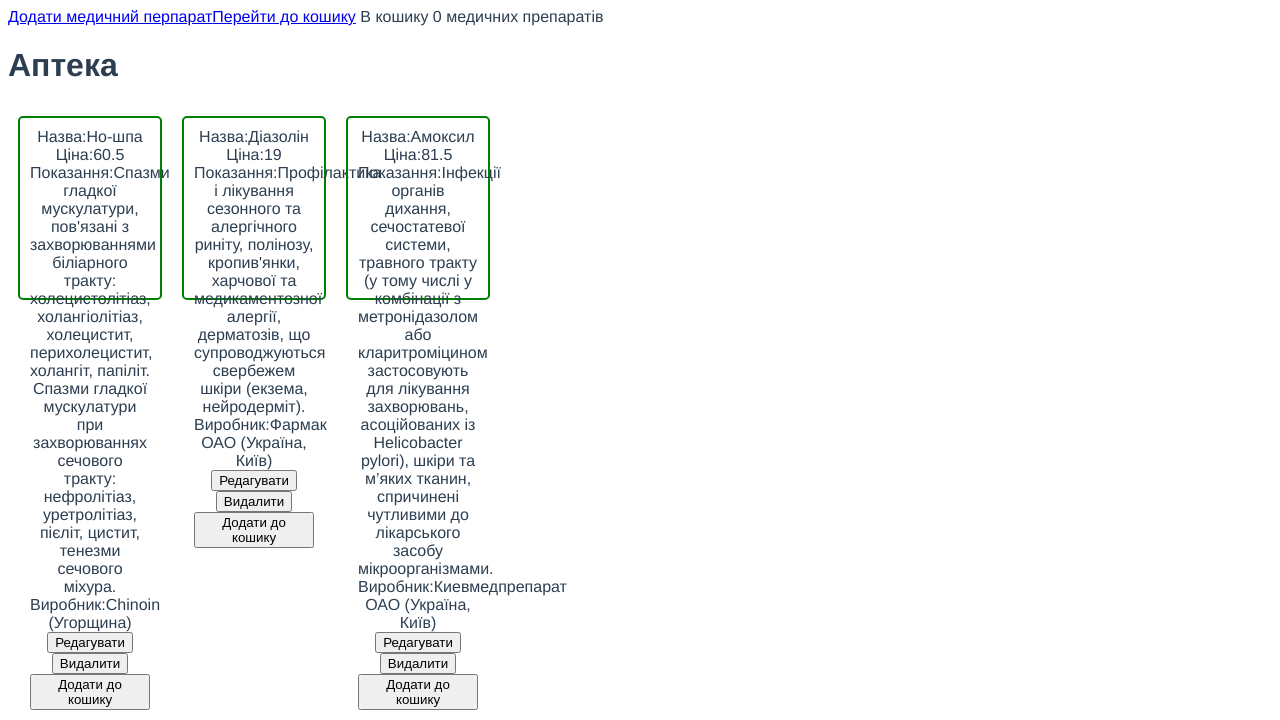
Repository: kristinap8/pharmacy
Page: /
These files come from the project's save history. The page is drawn as it stood at one moment and after a run of saves; the edit follows.
The browser window is 1280 px wide. The pictures show the whole page.
The project was rebuilt for these pictures with package versions that can differ from the ones it lists, and the page was loaded fresh each time. Also part of the build but not shown: src/components/AddMedicineForm/index.vue, src/pages/AddMedicine/index.vue, src/components/EditMedicineForm/index.vue, src/pages/EditMedicine/index.vue, src/components/CartForm/index.vue, src/pages/Cart/index.vue.

Above is the page before, as saved 2020-12-10 01:32:52.

After the next 2 saves:
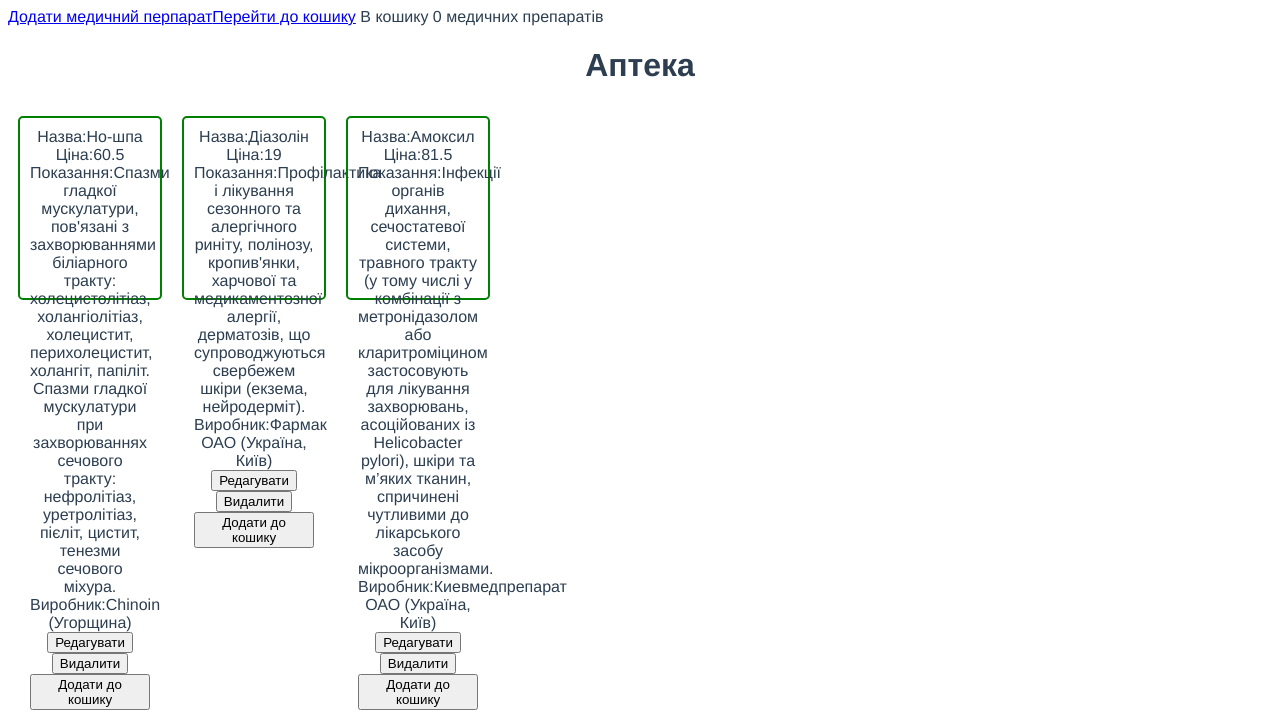
The 2 saves are shown as one change because 1 did not build or start.
The last was saved 32 s later.
--- a/src/components/MedicinesList/index.vue
+++ b/src/components/MedicinesList/index.vue
@@ -35,4 +35,7 @@ import MedicineCard from "./MedicineCard"
   .list-container{
       display: flex;
   }
+  .header{
+      text-align: center;
+  }
 </style>
